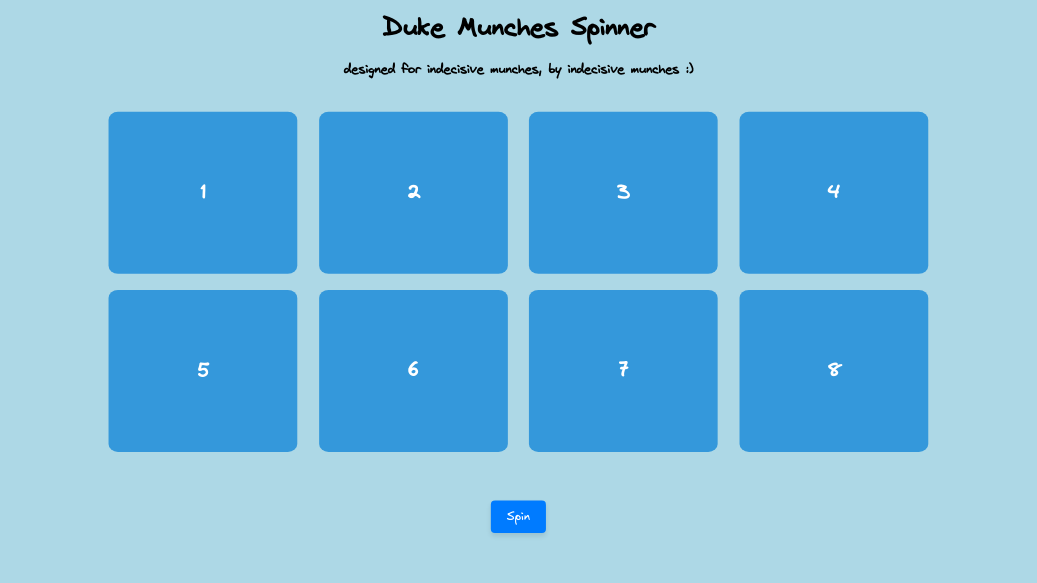
Repository: TheRealBaoBao/DukeFoodSpinner
Page: DukeSpinner.html
An editor plug-in stored every save of this project. The page is shown before and after the next save, followed by the edit.
The browser window is 1280 px wide. The pictures show the whole page, at 81% of full size.

Above is the page before, as saved 2024-06-22 09:39:56.
Console error: ReferenceError: spin is not defined

After the next save:
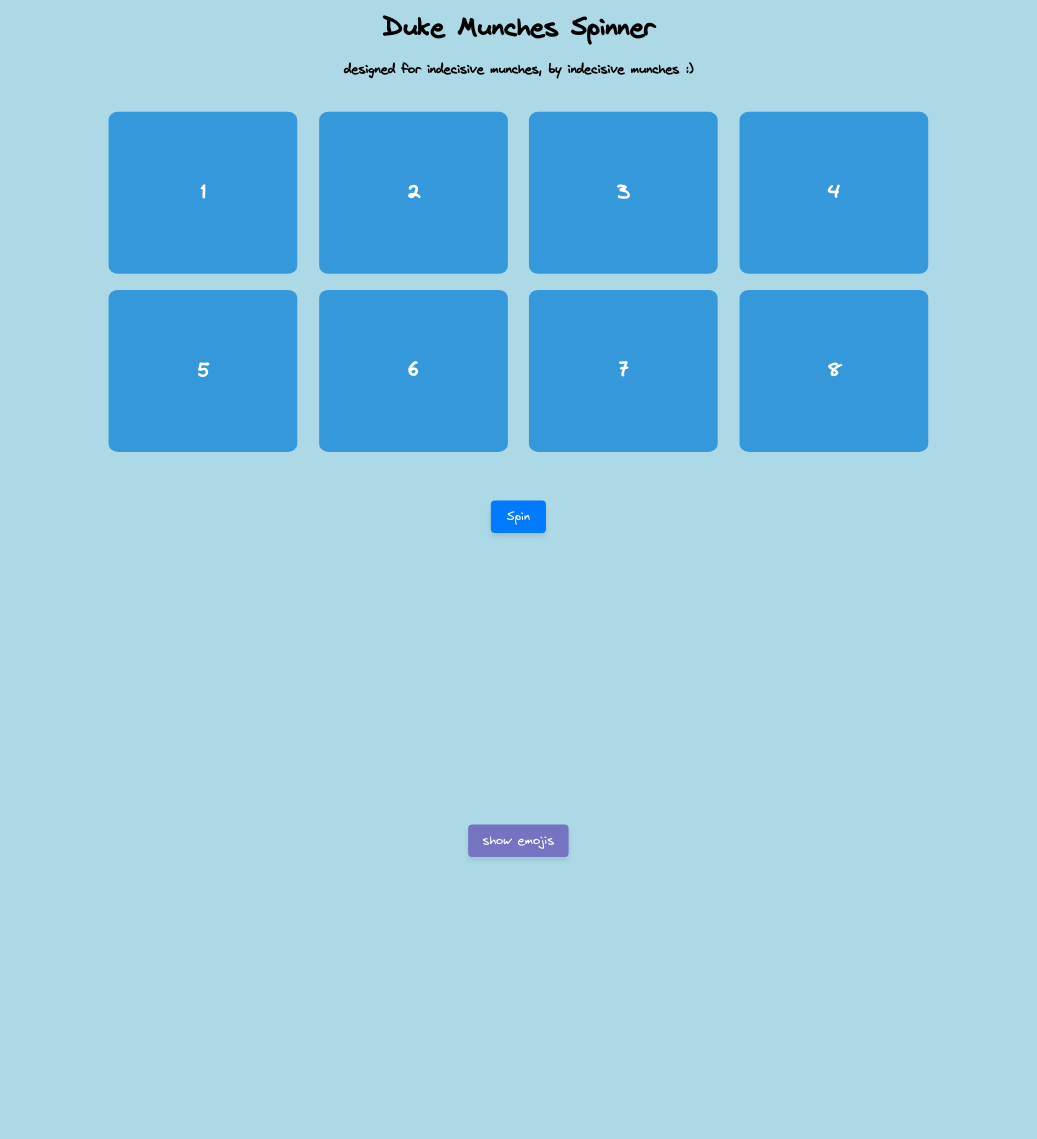
Saved 11 s later.
--- a/DukeSpinner.html
+++ b/DukeSpinner.html
@@ -46,6 +46,19 @@
 
     </div>
 
+
+
+
+
+
+    <canvas id="canvas"></canvas>
+
+<div class="button-container">
+  <button id="button" onclick="generateEmojis()">show emojis</button>
+</div>
+
+
+
 </div>
 
 <script src="spinner.js"></script>

After the save that followed:
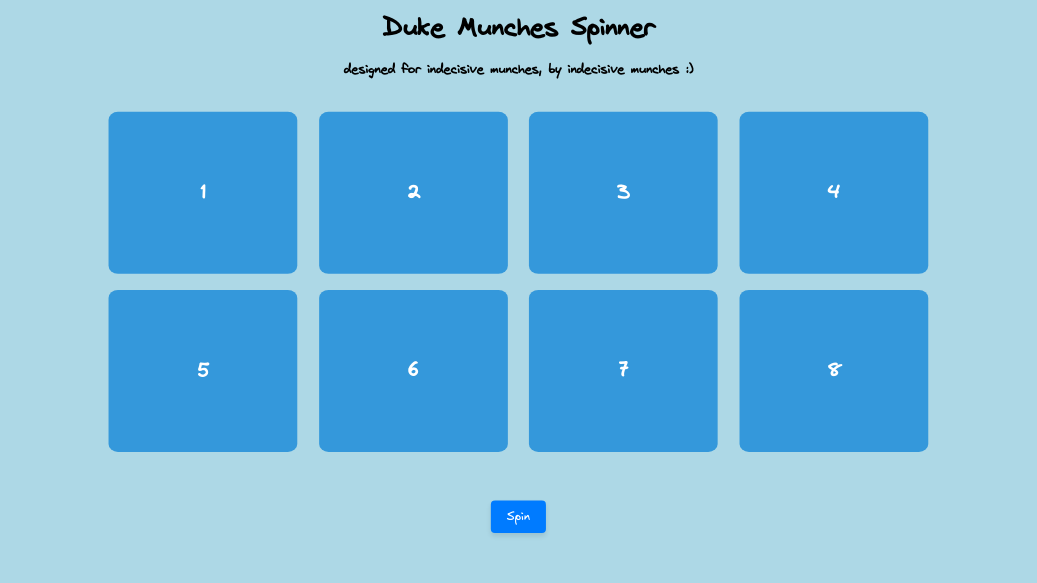
Saved 14 s later.
--- a/DukeSpinner.html
+++ b/DukeSpinner.html
@@ -46,19 +46,6 @@
 
     </div>
 
-
-
-
-
-
-    <canvas id="canvas"></canvas>
-
-<div class="button-container">
-  <button id="button" onclick="generateEmojis()">show emojis</button>
-</div>
-
-
-
 </div>
 
 <script src="spinner.js"></script>
